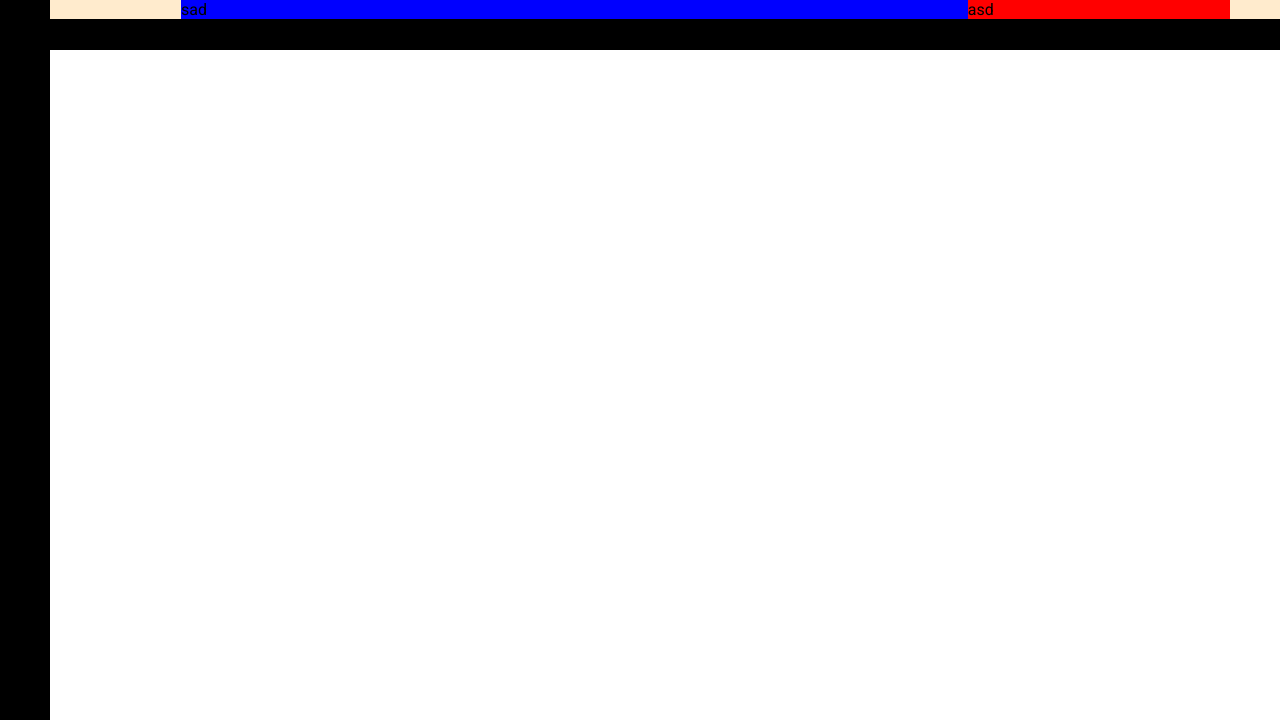
Repository: JulyK9/Movie-Website
Page: index.html
An editor plug-in stored every save of this project. The page is shown before and after the next save, followed by the edit.
The browser window is 1280 px wide. The pictures show the whole page.

Above is the page before, as saved 2022-07-03 00:27:52.

### index.html
<!DOCTYPE html>
<html lang="en">
<head>
    <meta charset="UTF-8">
    <meta http-equiv="X-UA-Compatible" content="IE=edge">
    <meta name="viewport" content="width=device-width, initial-scale=1.0">
    <title>Movie design</title>
    <link rel="stylesheet" href="style.css">

    <link rel="preconnect" href="https://fonts.googleapis.com">
    <link rel="preconnect" href="https://fonts.gstatic.com" crossorigin>
    <link href="https://fonts.googleapis.com/css2?family=Roboto:wght@100;300;400;500;700;900&family=Sen:wght@400;700;800&display=swap" rel="stylesheet">
</head>

<body>
    <nav class="navbar">
        <div class="navbar-container">
            <div class="logo-container"><h1 class="logo"></h1></div>
            <div class="menu-container">sad</div>
            <div class="profile-container">asd</div>
        </div>
    </nav>
    <div class="sidebar"></div>

</body>

</html>

### style.css
* {
    box-sizing: border-box;
    margin: 0;
}

body {
    font-family: 'Roboto', sans-serif;
/* font-family: 'Sen', sans-serif; */
    /* overflow: hidden; */
}

.navbar {
    width: 100%;
    height: 50px;
    background-color: black;
}

.navbar-container {
    display: flex;
    align-items: center;
    background-color: blanchedalmond;
    padding: 0 50px;
}

.logo-container {
    flex: 1;
    background-color: green;
}

.menu-container {
    flex: 6;
    background-color: blue;
}

.profile-container {
    flex: 2;
    background-color: red;
}

.sidebar {
    width: 50px;
    height: 100%;
    background-color: black;
    position: fixed;   /* 스크롤바 생기는 부분 제거 및 사이드바 고정 */
    top: 0;     /* 사이드바 상단 고정 */
}

After the next save:
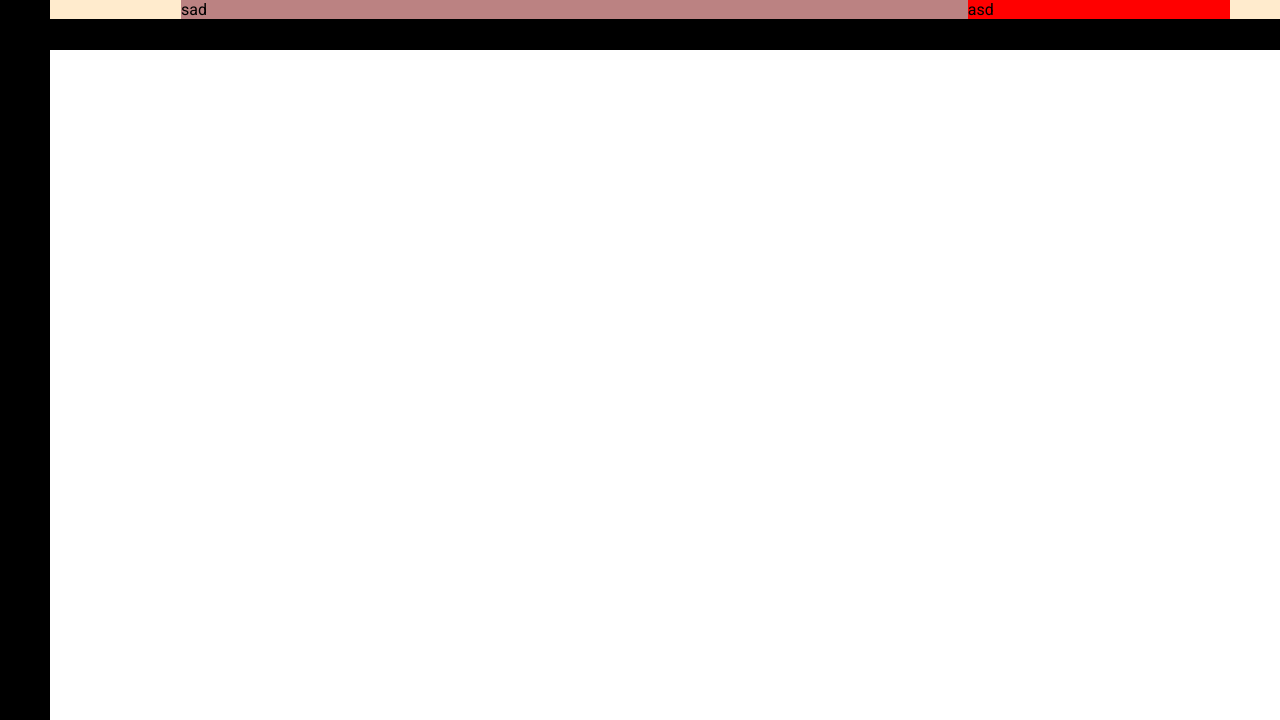
Saved 34 s later.
--- a/style.css
+++ b/style.css
@@ -29,7 +29,7 @@
 
 .menu-container {
     flex: 6;
-    background-color: blue;
+    background-color: rgb(187, 130, 130);
 }
 
 .profile-container {
